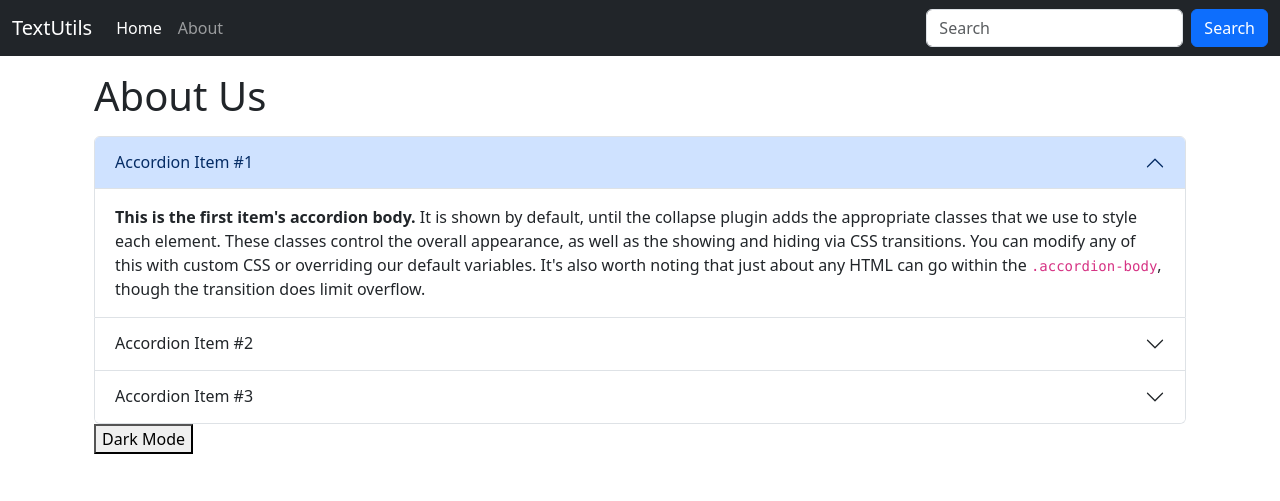
Repository: Rohit-foryou/Text-Utils
Page: /
The author's editor kept a copy of each file at every save. The page is drawn from the files as they stood at one save, then again after the next save.
The browser window is 1280 px wide. The pictures show the whole page.
The project was rebuilt for these pictures with package versions that can differ from the ones it lists, and the page was loaded fresh each time. Also part of the build but not shown: src/index.css, src/App.css.

Above is the page before, as saved 2023-12-20 22:05:34.

### public/index.html
<!DOCTYPE html>
<html lang="en">
  <head>
    <meta charset="utf-8" />
    <link rel="icon" href="%PUBLIC_URL%/favicon.ico" />
    <meta name="viewport" content="width=device-width, initial-scale=1" />
    <meta name="theme-color" content="#000000" />
    <meta
      name="description"
      content="Web site created using create-react-app"
    />
    <link rel="apple-touch-icon" href="%PUBLIC_URL%/logo192.png" />
    <link rel="manifest" href="%PUBLIC_URL%/manifest.json" />

    <!-- Bootstrap CSS -->
    <link href="https://cdn.jsdelivr.net/npm/bootstrap@5.3.2/dist/css/bootstrap.min.css" rel="stylesheet" integrity="sha384-T3c6CoIi6uLrA9TneNEoa7RxnatzjcDSCmG1MXxSR1GAsXEV/Dwwykc2MPK8M2HN" crossorigin="anonymous">

    <title>React App</title>
  </head>
  <body>
    <noscript>You need to enable JavaScript to run this app.</noscript>
    <div id="root"></div>

    <script src="https://cdn.jsdelivr.net/npm/bootstrap@5.3.2/dist/js/bootstrap.bundle.min.js" integrity="sha384-C6RzsynM9kWDrMNeT87bh95OGNyZPhcTNXj1NW7RuBCsyN/o0jlpcV8Qyq46cDfL" crossorigin="anonymous"></script>
  </body>
</html>

### src/App.js
import "./App.css";
import About from "./components/About";
import Navbar from "./components/Navbar";
// import TextForm from "./components/TextForm";


function App() {
  return (
    <>
      <Navbar title = "TextUtils" aboutText = "About"/>
      <div className="container my-3">
      {/* <TextForm heading = "Enter the text to analyze"/> */}
      <About/>
      </div>
    </>
  );
}

export default App;

### src/components/About.js
import React from 'react'

export default function About() {
  return (
    <div className='container'>
        <h1 className = "my-3">About Us</h1>
      <div class="accordion" id="accordionExample">
            <div class="accordion-item">
                <h2 class="accordion-header">
                <button class="accordion-button" type="button" data-bs-toggle="collapse" data-bs-target="#collapseOne" aria-expanded="true" aria-controls="collapseOne">
                    Accordion Item #1
                </button>
                </h2>
                <div id="collapseOne" class="accordion-collapse collapse show" data-bs-parent="#accordionExample">
                <div class="accordion-body">
                    <strong>This is the first item's accordion body.</strong> It is shown by default, until the collapse plugin adds the appropriate classes that we use to style each element. These classes control the overall appearance, as well as the showing and hiding via CSS transitions. You can modify any of this with custom CSS or overriding our default variables. It's also worth noting that just about any HTML can go within the <code>.accordion-body</code>, though the transition does limit overflow.
                </div>
                </div>
            </div>
            <div class="accordion-item">
                <h2 class="accordion-header">
                <button class="accordion-button collapsed" type="button" data-bs-toggle="collapse" data-bs-target="#collapseTwo" aria-expanded="false" aria-controls="collapseTwo">
                    Accordion Item #2
                </button>
                </h2>
                <div id="collapseTwo" class="accordion-collapse collapse" data-bs-parent="#accordionExample">
                <div class="accordion-body">
                    <strong>This is the second item's accordion body.</strong> It is hidden by default, until the collapse plugin adds the appropriate classes that we use to style each element. These classes control the overall appearance, as well as the showing and hiding via CSS transitions. You can modify any of this with custom CSS or overriding our default variables. It's also worth noting that just about any HTML can go within the <code>.accordion-body</code>, though the transition does limit overflow.
                </div>
                </div>
            </div>
            <div class="accordion-item">
                <h2 class="accordion-header">
                <button class="accordion-button collapsed" type="button" data-bs-toggle="collapse" data-bs-target="#collapseThree" aria-expanded="false" aria-controls="collapseThree">
                    Accordion Item #3
                </button>
                </h2>
                <div id="collapseThree" class="accordion-collapse collapse" data-bs-parent="#accordionExample">
                <div class="accordion-body">
                    <strong>This is the third item's accordion body.</strong> It is hidden by default, until the collapse plugin adds the appropriate classes that we use to style each element. These classes control the overall appearance, as well as the showing and hiding via CSS transitions. You can modify any of this with custom CSS or overriding our default variables. It's also worth noting that just about any HTML can go within the <code>.accordion-body</code>, though the transition does limit overflow.
                </div>
                </div>
            </div>
        </div>
        <button>Dark Mode</button>
    </div>
  )
}

### src/components/Navbar.js
import React from 'react'
import PropTypes from 'prop-types'


export default function Navbar(props) {
  return (
    <nav className="navbar navbar-expand-lg navbar-dark bg-dark">
        <div className="container-fluid">
          <a className="navbar-brand" href="/">{props.title}</a>
          <button className="navbar-toggler" type="button" data-bs-toggle="collapse" data-bs-target="#navbarSupportedContent" aria-controls="navbarSupportedContent" aria-expanded="false" aria-label="Toggle navigation">
            <span className="navbar-toggler-icon"></span>
          </button>
          <div className="collapse navbar-collapse" id="navbarSupportedContent">
            <ul className="navbar-nav me-auto mb-2 mb-lg-0">
              <li className="nav-item">
                <a className="nav-link active" aria-current="page" href="/">Home</a>
              </li>
              <li className="nav-item">
                <a className="nav-link" href="/">{props.aboutText}</a>
              </li>
            </ul>
            <form className="d-flex" role="search">
              <input className="form-control me-2" type="search" placeholder="Search" aria-label="Search"/>
              <button className="btn btn-primary" type="submit">Search</button>
            </form>
          </div>
        </div>
      </nav>
  )
}

Navbar.propTypes = {title: PropTypes.string.isRequired,
                     AboutText: PropTypes.string}

// Navbar.defaultProps = {
//     title: 'write title',
//     aboutText: 'About',
// }

Loaded but not shown: src/index.js (common file); src/reportWebVitals.js (common file)

After the next save:
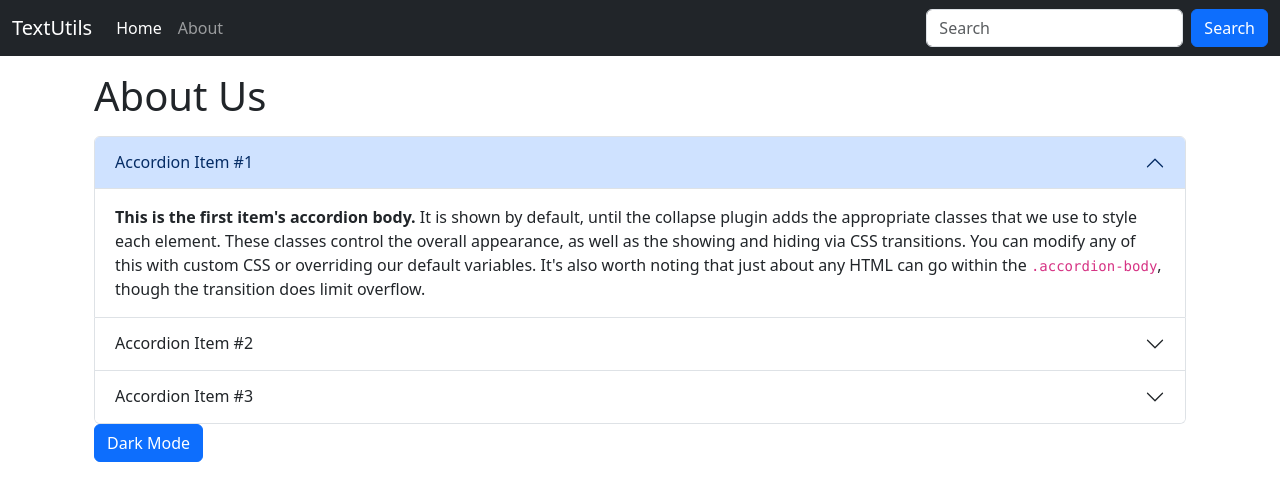
Saved 3 min 42 s later.
--- a/src/components/About.js
+++ b/src/components/About.js
@@ -42,7 +42,7 @@ export default function About() {
                 </div>
             </div>
         </div>
-        <button>Dark Mode</button>
+        <button type="button" class="btn btn-primary">Dark Mode</button>
     </div>
   )
 }
